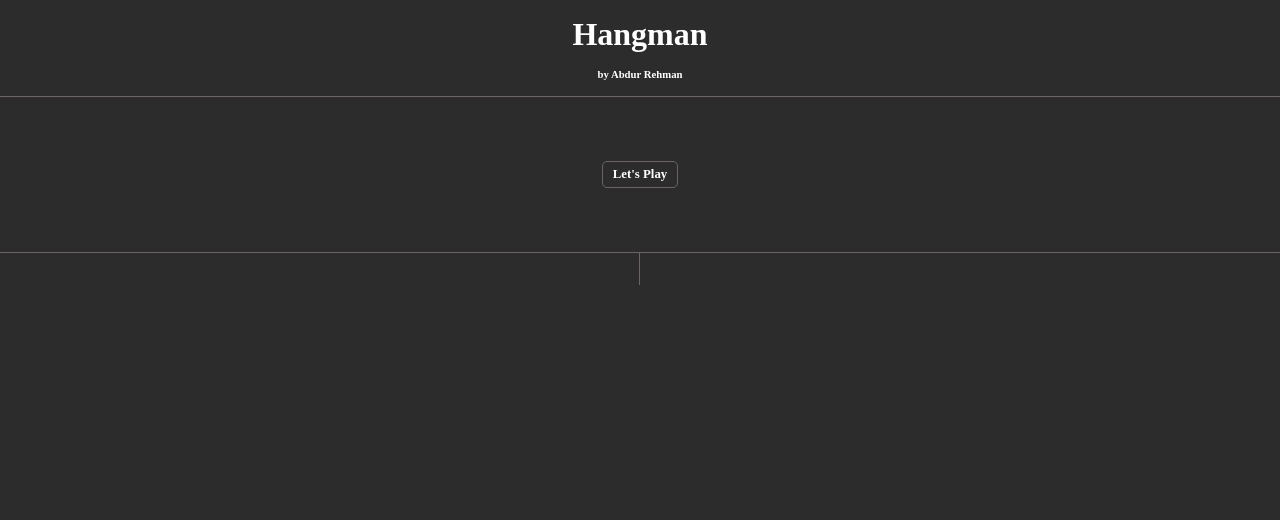
Repository: Ab-dur-Rehman/hang-man
Page: /
An editor plug-in stored every save of this project. The page is shown before and after the next save, followed by the edit.
The browser window is 1280 px wide. The pictures show the whole page.
The project was rebuilt for these pictures with package versions that can differ from the ones it lists, and the page was loaded fresh each time.

Above is the page before, as saved 2022-11-26 18:34:05.

### src/App.js
import React from 'react';
import './App.css';

//import scripts from './scripts/scripts';

//Components:

import Header from './components/Header';
import StartGame from './components/StartGame';
import Footer from './components/Footer';

function App() {
  return (
    <div className="App">
      <Header />
      <StartGame />
      <Footer />
    </div>
  );
}

export default App;

### src/App.css
.App {
  text-align: center;
}

.App-logo {
  height: 40vmin;
  pointer-events: none;
}

@media (prefers-reduced-motion: no-preference) {
  .App-logo {
    animation: App-logo-spin infinite 20s linear;
  }
}

.App-header {
  background-color: #282c34;
  min-height: 100vh;
  display: flex;
  flex-direction: column;
  align-items: center;
  justify-content: center;
  font-size: calc(10px + 2vmin);
  color: white;
}

.App-link {
  color: #61dafb;
}

@keyframes App-logo-spin {
  from {
    transform: rotate(0deg);
  }
  to {
    transform: rotate(360deg);
  }
}

/*Hangman style*/
* {
  margin: auto;
  padding: auto;
}

body {
  background-color: rgb(44 44 44);
  background-size: cover;
  background-repeat: no-repeat;
  background-position: top center;
  color: rgb(255, 255, 255);
  font-family: 'Baloo Bhai 2', cursive;
}
#header {
  text-align:center;
  padding:1rem 0;
  border-bottom: 1px solid rgb(109, 101, 101);;
  width: 100%;
}
#header h1 {
  padding: 0 0 15px 0;
}
#section_1 {
  text-align:center;
  padding: 2rem 0;
  border-bottom: 1px solid rgb(109, 101, 101);
  width: 100%;
}
.startGame_wrapper{
  padding: 2rem;
}
#startGame_button {
  background: transparent;
  color: #fff;
  border: 1px solid rgb(109, 101, 101);
  padding: 5px 10px;
  font-size: .8rem;
  cursor: pointer;
  border-radius:5px;
  font-weight: 600;
  display: inline-block;
}
.section_2_wrapper {
  display: flex;
  align-items: stretch;
  justify-content: space-between;
  overflow: hidden;
  background: rgb(44 44 44);
}
#hangman {
  width: 100%;
  height: 100%;
  border-right: 1px solid rgb(109, 101, 101);
  flex: 0 50%;
}
.hm_wrapper {
  padding-top: 2rem;
}
.hm_stand {
  position: relative;
}
.hm_hook {
  width: 2px;
  height: 10px;
  position: absolute;
  left: 157px;
  top: 35px;
  background-color: #fff;
}
.left_bar {
  width:10px;
  height: 200px;
  background: #fff;
  position: absolute;
  left: 100px;
  top: 20px;
}
.top_hanger {
  width:100px;
  height: 5px;
  background: #fff;
  position: absolute;
  left: 110px;
  top: 30px;
}
.bottom_stand {
  width:80px;
  height: 5px;
  background: #fff;
  position: absolute;
  left: 65px;
  top: 220px;
}
.hman {
  position: relative;
  /* transform-origin: 46% 0;
  animation: moveIt 4.5s ease-in-out infinite; */
}
.hm_head {
  width: 45px;
  height: 45px;
  border: 1px solid #fff;
  border-radius: 50px;
  position: absolute;
  left: 135px;
  top: 45px;
}
.hm_body {
  width: 2px;
  height: 80px;
  position: absolute;
  left: 157px;
  top: 92px;
  background-color: #fff;
}
.hm_l_arm {
  width: 2px;
  height: 40px;
  position: absolute;
  left: 146px;
  top: 105px;
  background-color: #fff;
  transform: rotate(35deg);
  -ms-transform: rotate(35deg);
}
.hm_r_arm {
  width: 2px;
  height: 40px;
  position: absolute;
  left: 168px;
  top: 105px;
  background-color: #fff;
  transform: rotate(-35deg);
  -ms-transform: rotate(-35deg);
}
.hm_l_leg {
  width: 2px;
  height: 40px;
  position: absolute;
  left: 146px;
  top: 166px;
  background-color: #fff;
  transform: rotate(35deg);
  -ms-transform: rotate(35deg);
}
.hm_r_leg {
  width: 2px;
  height: 40px;
  position: absolute;
  left: 168px;
  top: 166px;
  background-color: #fff;
  transform: rotate(-35deg);
  -ms-transform: rotate(-35deg);
}
#keypadWrapper {
  border-left: 1px solid rgb(109, 101, 101);
  flex: 0 50%;
}
.letter_box {
  border: 1px solid rgb(109, 101, 101);
  padding: 0.4rem .6rem;
  font-family: 'Baloo Bhai 2', cursive;
  margin: 0 .5rem;
  border-radius: 5px;
  list-style: none;
  line-height: 1;
}
#keypad form {
  display: flex;
  flex-wrap: wrap;
  flex-direction: row;
  justify-content: center;
  align-items: center;
  padding-top: 3rem;
}
#keypad form button {
  flex-basis: 15%;
  background-color: rgb(56, 58, 58);
  border: none;
  margin: 3px;
  padding: 7px 0;
  cursor: pointer;
  color:#fff;
  border-radius: 2px;
  font-family: 'Baloo Bhai 2', cursive;
  text-transform: uppercase;
}
ul#gameWord {
  display: flex;
  flex-wrap: nowrap;
  justify-content: center;
  align-items: center;
}
.letter_box span {
  opacity: 0;
  text-transform: uppercase;
}
#keypad p {
  text-align: center;
  padding: 4rem 0 0 0;
}
.re-startGame_wrapper {
  text-align: center;
  padding: 2rem 0 0 0;
}
#reStart{
  display: none;
}

@keyframes moveIt {
  0%, 100% {
      transform: rotate(8deg);
  }
  50% {
      transform: rotate(-8deg);
  }
}

### src/components/Header.js
import React from 'react';

const Header = () => {
    return (
        <div id="header">
            <h1>Hangman</h1>
            <h6>by Abdur Rehman</h6>
        </div>
    );
}

export default Header;

### src/components/StartGame.js
import React from 'react';
import $ from 'jquery';

const StartGame = () => {

    const gameFunction = () => {

        let word = 0;
        let url = 'https://random-word-api.herokuapp.com/word?length=5&lang=en'; // will return one random word.

        $.getJSON(url, randomWord);
        function randomWord(data) {
            word = data;
            let strWord = word[0];
            resetGame();
            setGameWord(strWord);
            hideHangman();
            //storeWord(strWord);
            gameKeypad.letterPool = [];
            gameKeypad.count = 0;
        }
    }

    const setGameWord = (word) => {
        let wordArray = word.split('');
        console.log(wordArray);
        let word_length = wordArray.length;
        console.log(word_length);
        let gameWord = document.getElementById("gameWord");
        let gameButton = document.getElementById("startGame_button");
        //gameWord.innerHTML = '';
        gameButton.style.display = "none";
        let classCounter = 0;
        wordArray.map (
            (letter) => {
                let letter_box = document.createElement("li");
                letter_box.className = "letter_box box_" + classCounter;
                letter_box.innerHTML = '<span class="ind_letter ind_letter_'+ classCounter +'">'+letter+'</span>';
                gameWord.appendChild(letter_box);
                classCounter++;
            }
        );
    }

    //Hide hamgman
    const hideHangman = () => {

        document.getElementsByClassName("hm_hook")[0].style.display = "none";
        document.getElementsByClassName("hm_head")[0].style.display = "none";
        document.getElementsByClassName("hm_body")[0].style.display = "none";
        document.getElementsByClassName("hm_l_arm")[0].style.display = "none";
        document.getElementsByClassName("hm_r_arm")[0].style.display = "none";
        document.getElementsByClassName("hm_l_leg")[0].style.display = "none";
        document.getElementsByClassName("hm_r_leg")[0].style.display = "none";

        let hangMan_hook = document.getElementsByClassName("hm_hook")[0];
        let hangMan_head = document.getElementsByClassName("hm_head")[0];
        let hangMan_body = document.getElementsByClassName("hm_body")[0];
        let hangMan_hm_l_arm = document.getElementsByClassName("hm_l_arm")[0];
        let hangMan_hm_r_arm = document.getElementsByClassName("hm_r_arm")[0];
        let hangMan_hm_l_leg = document.getElementsByClassName("hm_l_leg")[0];
        let hangMan_hm_r_leg = document.getElementsByClassName("hm_r_leg")[0];
        hangMan_hook.style.display = "none";
        hangMan_head.style.display = "none";
        hangMan_body.style.display = "none";
        hangMan_hm_l_arm.style.display = "none";
        hangMan_hm_r_arm.style.display = "none";
        hangMan_hm_l_leg.style.display = "none";
        hangMan_hm_r_leg.style.display = "none";
    }
    //Reset the game incase of restart
    const resetGame = () => {
        let resetWord = document.getElementById("gameWord");
        resetWord.innerHTML = '';
        let showKeypad = document.getElementById("keypad");
        showKeypad.style.display = "block";
        let hideGameMessage = document.getElementById("reStart");
        hideGameMessage.style.display = "none";
    }

    //draw keypad
    const gameKeypad = {
        letters : ['a', 'b', 'c', 'd', 'e', 'f', 'g', 'h', 'i', 'j', 'k','l','m','n','o','p','q','r','s','t','u','v','w','x','y','z'],
        generateKeyPad() {
            let key_counter = 0
            return this.letters.map(
                (letter) => <button key={key_counter++} type="button" onClick={e => this.matchWord(e, "value")} value={letter} className="alphaButtons">{letter}</button>
            );
        },
        letterPool : [],
        count : 0,
        matchWord (el) {
            let selected_letter = (el.target.value);
            var gLetters = document.getElementById("gameWord").getElementsByTagName("span");
            let ind_letters = [];
            for (let i = 0; i < gLetters.length; i++) {
                ind_letters[i] = gLetters[i].innerHTML;
            }
            let letter_index = [];
            var wordContainsLetter = (ind_letters.indexOf(selected_letter) > -1);
            let counter = 0;
            if (wordContainsLetter === true){
                ind_letters.map(
                    (letter) => {
                        if (letter === selected_letter) {
                            letter_index.push(counter);
                        }
                        counter++;
                    }
                );
            }
            if (letter_index.length > 0) {
                letter_index.map(
                    (index) => {
                        let letter_box = document.getElementsByClassName("ind_letter_"+index)[0];
                        if(letter_box.getAttribute("style") === null){
                            letter_box.style.opacity = "1";
                            this.count++;
                        }
                    }
                );
                if (this.count === ind_letters.length) {
                    console.log(ind_letters.length);
                    console.log(this.count);
                    let hideKeypad = document.getElementById("keypad");
                    hideKeypad.style.display = "none";
                    let gameRestart = document.getElementById("reStart");
                    gameRestart.style.display = "block";
                    document.getElementById("gameMessage").innerHTML = '<p>Congratulations You win</p>';
                }
            } else {
                console.log(this.letterPool.length);
                console.log(this.letterPool.indexOf(selected_letter));
                if ((this.letterPool.indexOf(selected_letter) === -1) && (this.letterPool.length < 6)) {
                    this.letterPool.push(selected_letter);
                    let hm_body = document.getElementsByClassName("hm_body")[0];
                    let hm_l_leg = document.getElementsByClassName("hm_l_leg")[0];
                    let hm_l_arm = document.getElementsByClassName("hm_l_arm")[0];
                    let hm_r_arm = document.getElementsByClassName("hm_r_arm")[0];
                    let hm_head = document.getElementsByClassName("hm_head")[0];
                    let hm_hook = document.getElementsByClassName("hm_hook")[0];

                    if (hm_hook.style.display === "none"){
                        hm_hook.style.display = "block";
                    } else if (hm_head.style.display === "none"){
                        hm_head.style.display = "block";
                    } else if(hm_body.style.display === "none"){
                        hm_body.style.display = "block";
                    } else if(hm_l_arm.style.display === "none"){
                        hm_l_arm.style.display = "block";
                    } else if(hm_r_arm.style.display === "none"){
                        hm_r_arm.style.display = "block";
                    } else if(hm_l_leg.style.display === "none"){
                        hm_l_leg.style.display = "block";
                    }
                    console.log(this.letterPool);
                }
                else {
                    let hm_r_leg = document.getElementsByClassName("hm_r_leg")[0];
                    hm_r_leg.style.display = "block";
                    let hideKeypad = document.getElementById("keypad");
                    hideKeypad.style.display = "none";
                    let gameRestart = document.getElementById("reStart");
                    gameRestart.style.display = "block";
                    document.getElementById("gameMessage").innerHTML = '<p>Sorry! You Lost</p>';

                    //let restartGame = document.getElementById("reStart");
                    //ReactDOM.render(restart_game, restartGame);

                    let word_display = Array.from(
                        document.getElementsByClassName("ind_letter")
                    );
                    word_display.forEach(wd => {
                        wd.style.opacity = '1';
                    });
                }
            }
            console.log(letter_index);
        },
    }

    return (
        <>
            <div id="section_1">
                <div className="startGame_wrapper">
                    <div id="startGame_button" onClick={gameFunction}>Let's Play</div>
                    <div id="gameWordBox">
                        <ul id="gameWord">

                        </ul>
                    </div>
                </div>
            </div>
            <div id="section_2">
                <div className="section_2_wrapper">
                    <div id="hangman">
                        <div className="hm_wrapper">
                            <div className="hm_stand">
                                <div className="left_bar"></div>
                                <div className="top_hanger"></div>
                                <div className="bottom_stand"></div>
                            </div>
                            <div className="hman">
                                <div className="hm_hook"></div>
                                <div className="hm_head"></div>
                                <div className="hm_body"></div>
                                <div className="hm_l_arm"></div>
                                <div className="hm_r_arm"></div>
                                <div className="hm_l_leg"></div>
                                <div className="hm_r_leg"></div>
                            </div>
                        </div>
                    </div>
                    <div id="keypadWrapper">
                        <div id="keypad">

                        </div>
                        <div id="reStart">
                            <div id="gameMessage">

                            </div>
                            <div id="gameWordInfo">

                            </div>
                            <div id="startGame_button2" onClick={gameFunction}>Let's Play Again</div>
                        </div>
                    </div>
                </div>
            </div>
        </>
    );
}

export default StartGame;

### src/components/Footer.js
import React from 'react';

const Footer = () => {
    return (
        <>
            <div id="footer"></div>
        </>
    );
}

export default Footer;

Loaded but not shown: public/index.html (common file); src/index.js (common file); src/index.css (common file); src/reportWebVitals.js (common file)

After the next save:
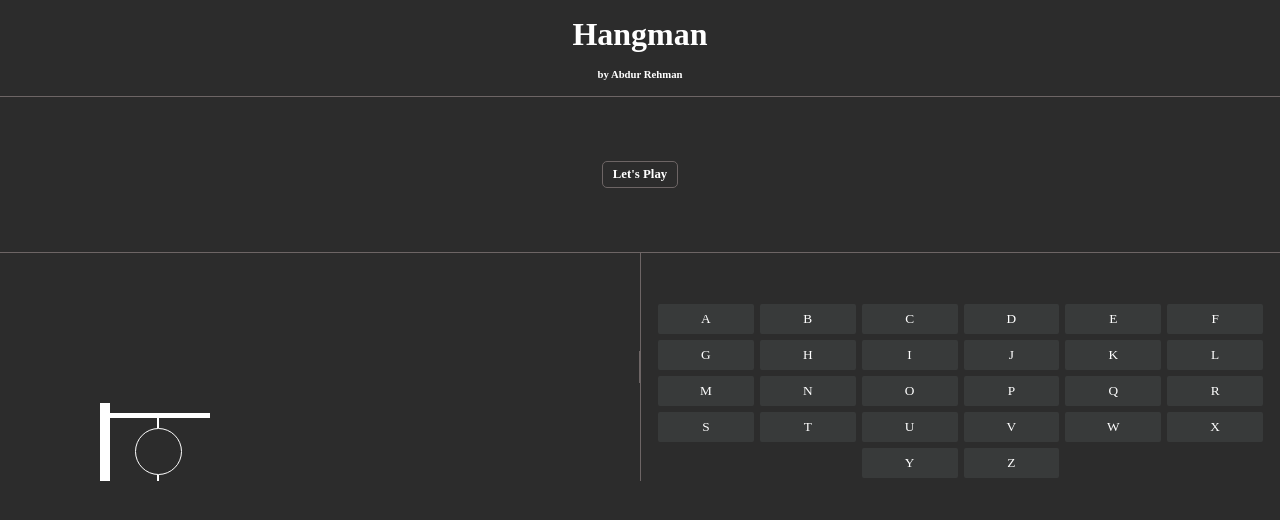
Saved 2 min 2 s later.
--- a/src/components/StartGame.js
+++ b/src/components/StartGame.js
@@ -213,7 +213,9 @@ const StartGame = () => {
                     </div>
                     <div id="keypadWrapper">
                         <div id="keypad">
-
+                            <form>
+                                {gameKeypad.generateKeyPad()}
+                            </form>
                         </div>
                         <div id="reStart">
                             <div id="gameMessage">
